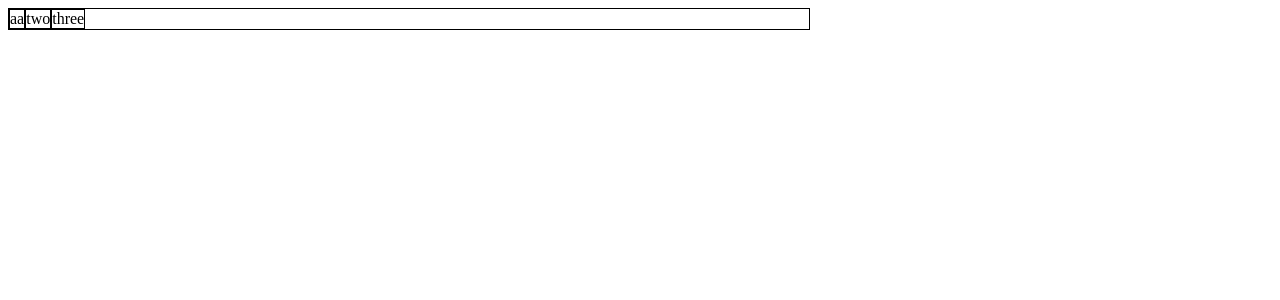
Repository: kpavankumaar/online_uk_class
Page: flex.html
An editor plug-in stored every save of this project. The page is shown before and after the next save, followed by the edit.
The browser window is 1280 px wide. The pictures show the whole page.

Above is the page before, as saved 2022-01-12 14:04:15.

### flex.html
<!DOCTYPE html>
<!-- <html lang="ar" dir="rtl" > -->
<html lang="en">
<head>
    <meta charset="UTF-8">
    <meta http-equiv="X-UA-Compatible" content="IE=edge">
    <meta name="viewport" content="width=device-width, initial-scale=1.0">
    <title>Document</title>
    <style>
        div.main{
            border:1px solid black;
            width:800px;
            display: flex;
        }
        div.box{
            border:1px solid black;
        }
        .box1{

        }
        .box2{

        }
        .box3{

        }
    </style>
</head>
<body>
    <div class="main">
        <div class="box box1">
            aa
        </div>
        <div class="box box2">two</div>
        <div class="box box3">three</div>
    </div>
    <!-- <div class="main">
        <div class="box box1">
            ا
        </div>
        <div class="box box2">ب</div>
        <div class="box box3">ت</div>
    </div> -->

</body>
</html>

After the next save:
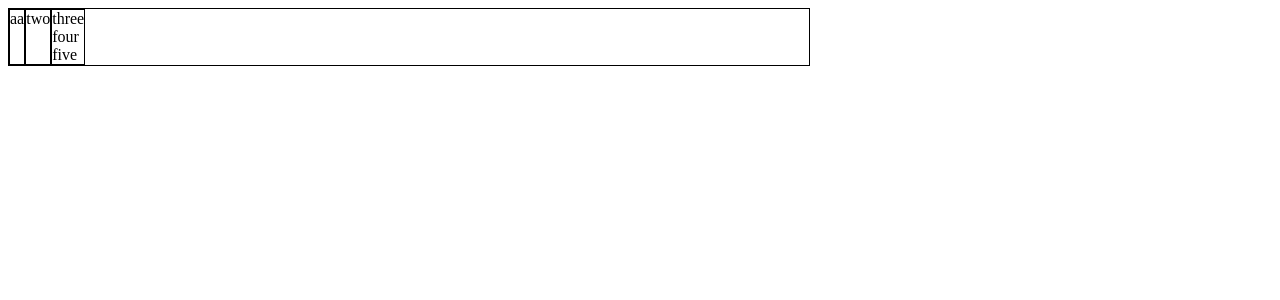
Saved 2 min 47 s later.
--- a/flex.html
+++ b/flex.html
@@ -32,7 +32,7 @@
             aa
         </div>
         <div class="box box2">two</div>
-        <div class="box box3">three</div>
+        <div class="box box3">three <br> four <br>five</div>
     </div>
     <!-- <div class="main">
         <div class="box box1">
